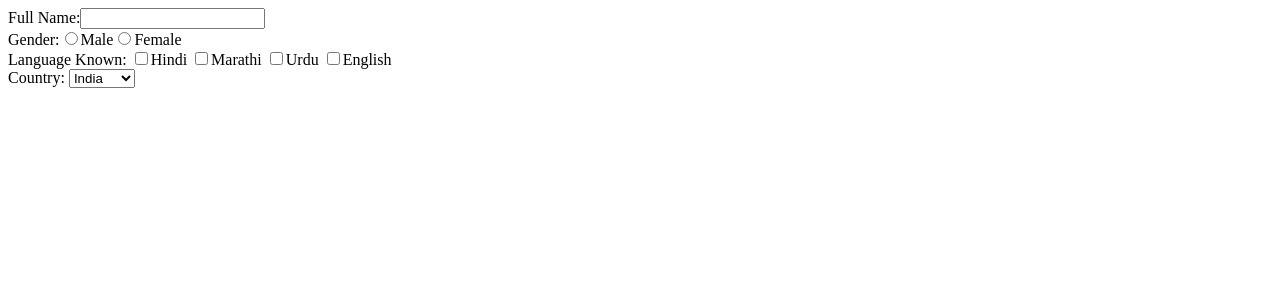
Repository: riishraj1821/Learning-with-maven
Page: http://localhost/form_under_servlet/form.jsp
An editor plug-in stored every save of this project. The page is shown before and after the next save, followed by the edit.
The browser window is 1280 px wide. The pictures show the whole page.
The page is served by Tomcat 10. Other server files are loaded and not shown.

Above is the page before, as saved 2024-10-10 07:11:56.

### form_under_servlet/src/main/webapp/form.jsp
<%@ page language="java" contentType="text/html; charset=UTF-8"
    pageEncoding="UTF-8"%>
<!DOCTYPE html>
<html>
<head>
<meta charset="UTF-8">
<title>form</title>
</head>
<body>
Full Name:<input name="name" type="text"/>
<br/>
Gender:<input name="gender" type="radio" value="male"/>Male<input name="gender" type="radio" value="female"/>Female
<br/>
Language Known: <input type="checkbox" name="language" value="hindi"/>Hindi
				<input type="checkbox" name="language" value="Marathi"/>Marathi
				<input type="checkbox" name="language" value="Urdu"/>Urdu
				<input type="checkbox" name="language" value="English"/>English
<br/>
Country: <select name="country">
					<option value="India">India</option>
					<option value="USA">USA</option>
					<option value="figi">Fiji</option>
					<option value="Finland">Finland</option>
		 </select>
</body>
</html>

After the next save:
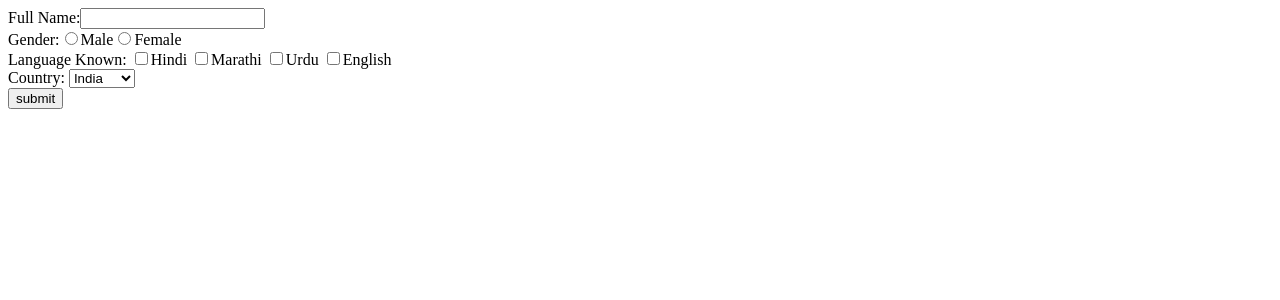
Saved 49 s later.
--- a/form_under_servlet/src/main/webapp/form.jsp
+++ b/form_under_servlet/src/main/webapp/form.jsp
@@ -22,5 +22,7 @@ Country: <select name="country">
 					<option value="figi">Fiji</option>
 					<option value="Finland">Finland</option>
 		 </select>
+<br/>
+<input value="submit" type="submit" />
 </body>
 </html>
